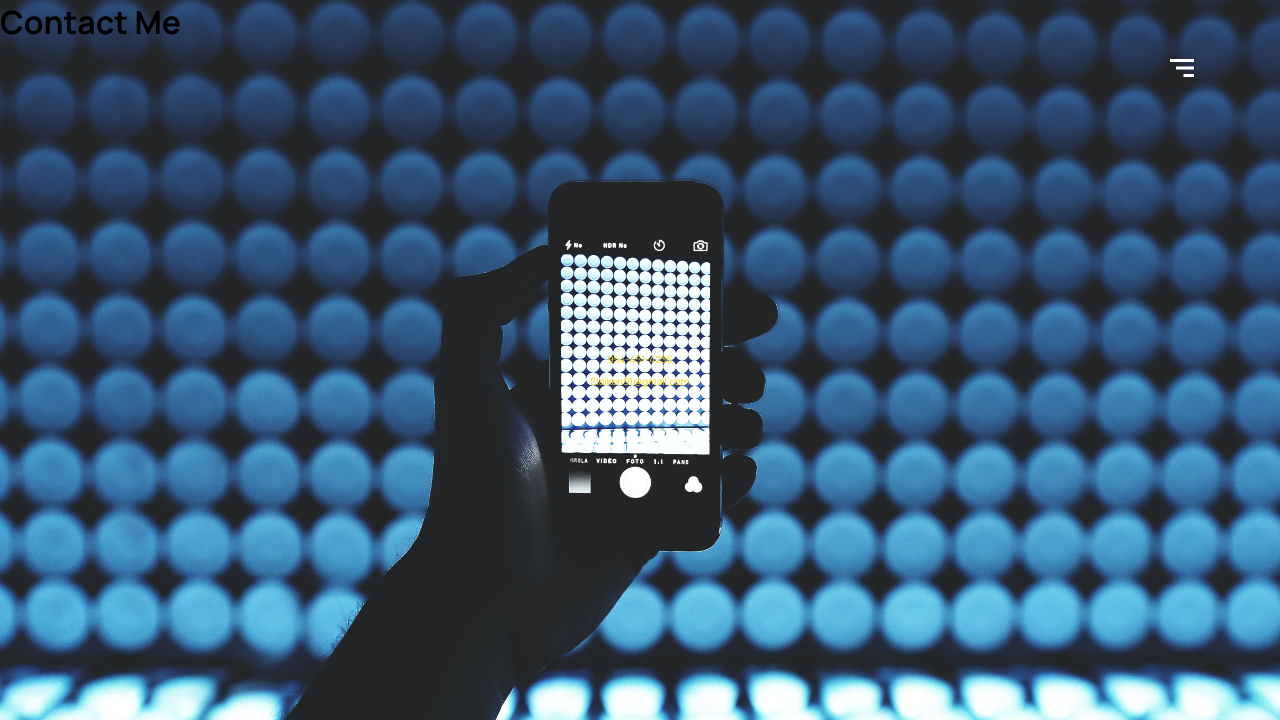
Repository: elaiken/portfolio
Page: /contact-me
These files come from the project's save history. The page is drawn as it stood at one moment and after the next save; the edit follows.
The browser window is 1280 px wide. The pictures show the whole page.
The project was rebuilt for these pictures with package versions that can differ from the ones it lists, and the page was loaded fresh each time. Also part of the build but not shown: src/components/Error.js, src/components/Home.js, src/components/Projects.js.

Above is the page before, as saved 2021-11-26 13:40:43.

After the next save:
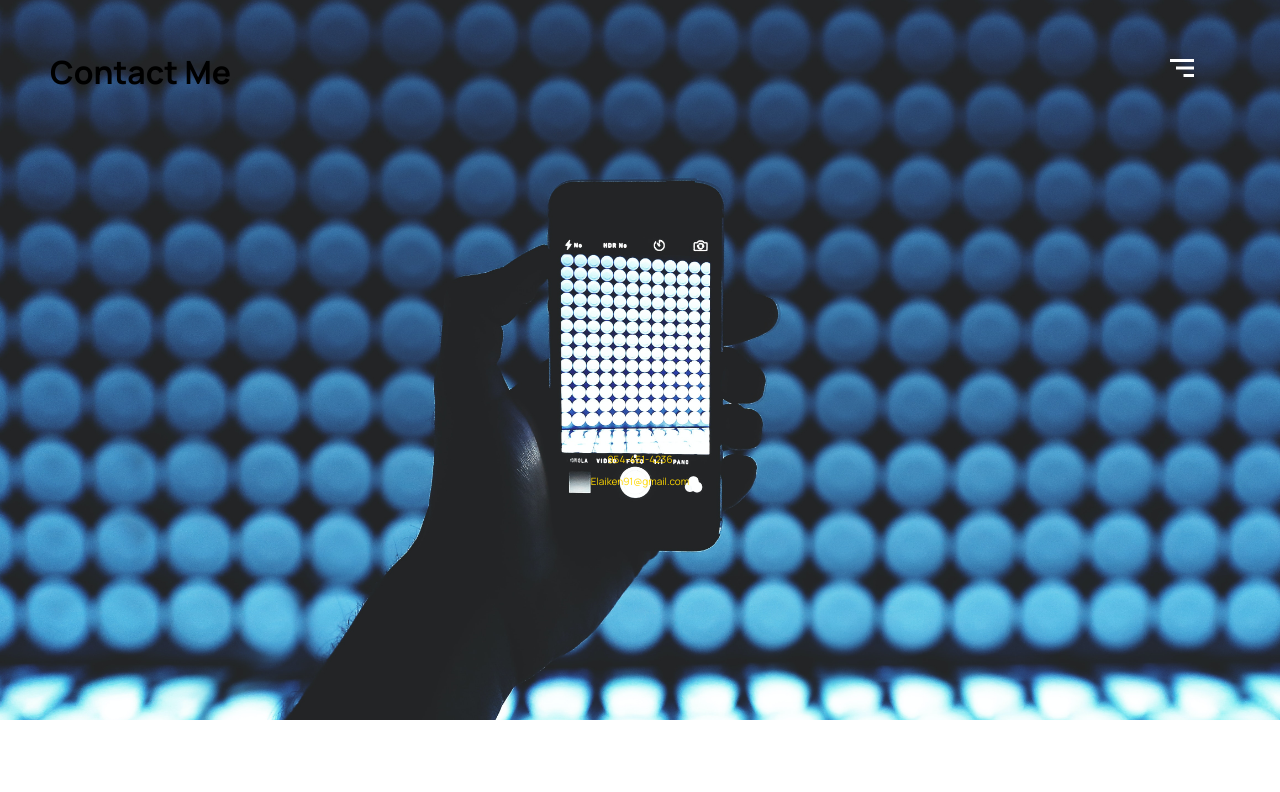
Saved 50 s later.
--- a/src/index.css
+++ b/src/index.css
@@ -128,6 +128,10 @@ text-align: center;
 }
 
 /* Contact */
+.contacts h1 {
+padding: 50px;
+}
+
 .contacts{
   background-image: url(./pexels-oleg-magni-861121.jpg);
   background-repeat:no-repeat ;
